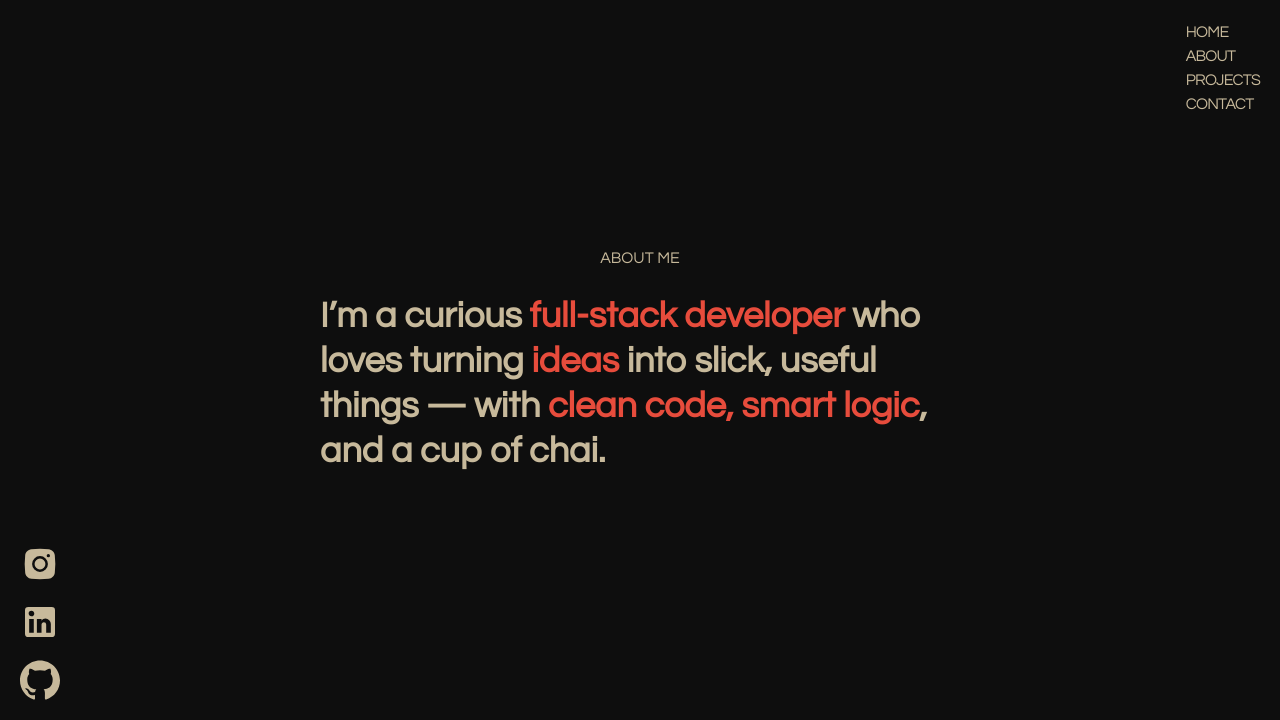
Repository: divyamGNH/DivyamPF
Page: /about
These files come from the project's save history. The page is drawn as it stood at one moment and after a run of saves; the edit follows.
The browser window is 1280 px wide. The pictures show the whole page.
The project was rebuilt for these pictures with package versions that can differ from the ones it lists, and the page was loaded fresh each time. Also part of the build but not shown: vite.config.js, src/App.css, src/components/MaskLayer.jsx, src/pages/Landing.jsx, src/pages/Footer.jsx, src/pages/TopProjects.jsx, src/animations/ScrolltoAnimate.jsx, src/pages/Home.jsx and 2 more.

Above is the page before, as saved 2025-12-20 21:42:30.

After the next 2 saves:
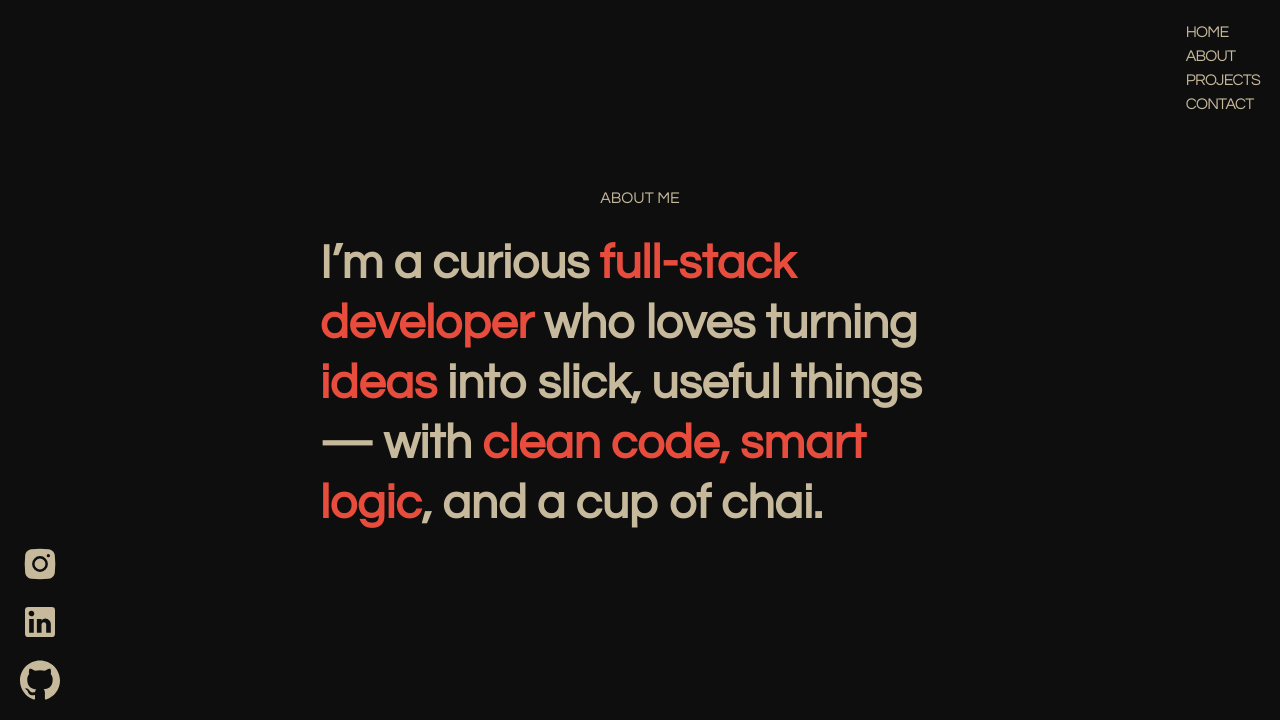
The 2 saves are shown as one change because they came seconds apart.
The last was saved 7 s later.
--- a/src/pages/AboutLanding.jsx
+++ b/src/pages/AboutLanding.jsx
@@ -82,7 +82,7 @@
         <p
           className="
             font-extrabold text-[#C7B99B] leading-tight
-            text-xl sm:text-5xl md:text-xl lg:text-4xl
+            text-xl sm:text-5xl md:text-5xl lg:text-5xl
           "
         >
           I’m a curious{" "}
